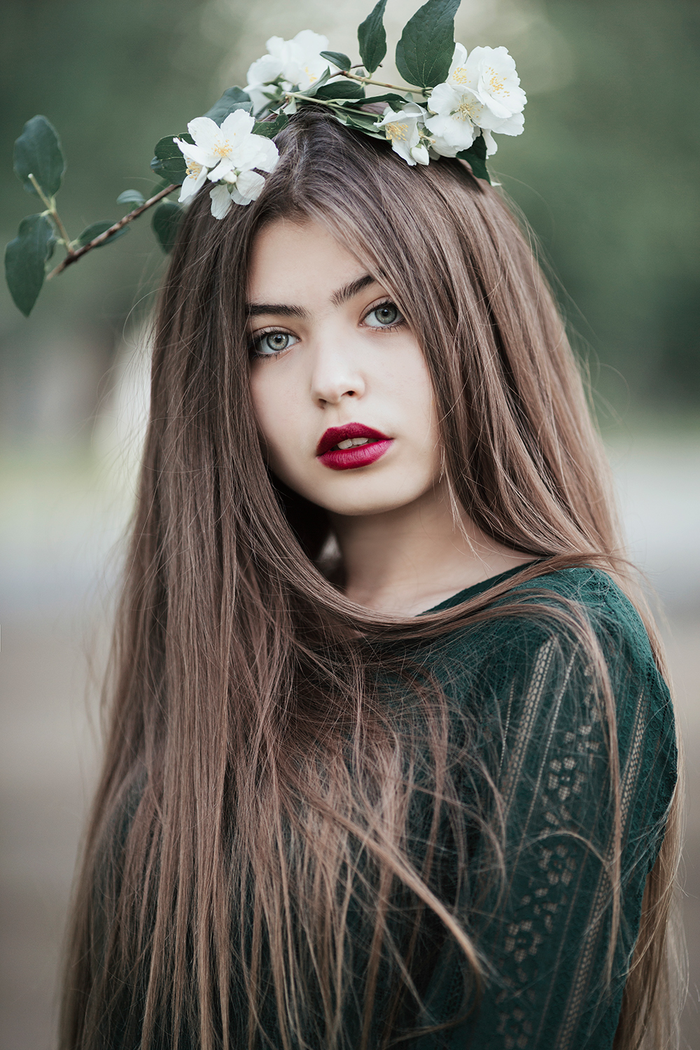
Repository: dongquan1504/ThiGiacMayTinh
Script's output: python threshold.py
These files come from the project's save history. The script's output is drawn as it stood at one moment and after the next save; the edit follows.
The pictures show rows 0 to 2240 of an output 1500 px tall, at 70% of full size.
Each picture stacks the figures in order, with grey between them; figures that are only written to a file come last. Random numbers start from a fixed seed. It also reads images.jpg.

Above is the script's output before, as saved 2023-12-28 16:30:12.

After the next save:
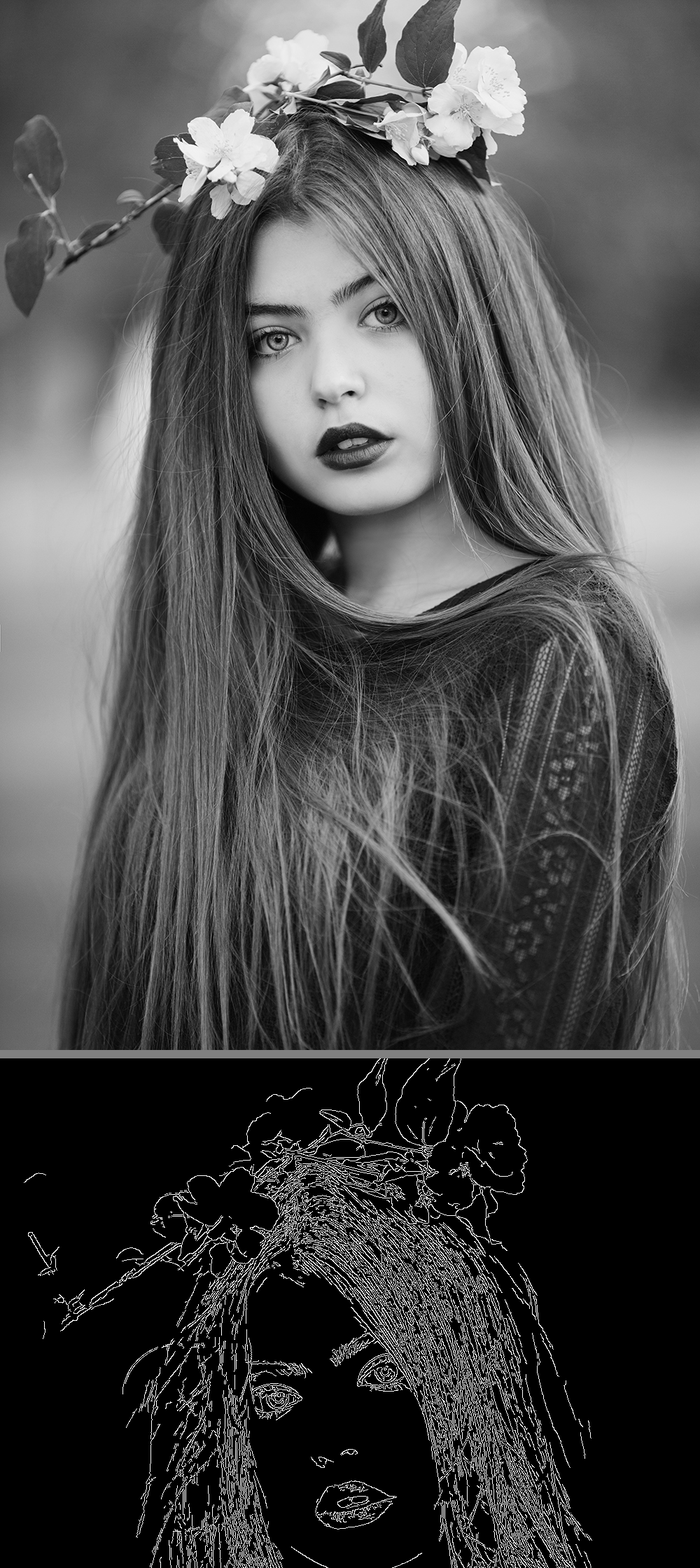
Saved 4 min 44 s later.
--- a/threshold.py
+++ b/threshold.py
@@ -1,29 +1,25 @@
 import cv2
 
-def filter_image_by_contrast(image_path, threshold):
+def filter_image_by_canny(image_path, threshold1, threshold2):
     # Đọc ảnh từ đường dẫn
-    img = cv2.imread(image_path)
+    img = cv2.imread(image_path, cv2.IMREAD_GRAYSCALE)
 
-    # Chuyển đổi ảnh sang ảnh thang độ xám
-    gray = cv2.cvtColor(img, cv2.COLOR_BGR2GRAY)
+    # Áp dụng phương pháp Canny để lọc ảnh
+    edges = cv2.Canny(img, threshold1, threshold2)
 
-    # Tính toán độ tương phản của ảnh
-    min_val, max_val, _, _ = cv2.minMaxLoc(gray)
-    contrast = (max_val - min_val) / max_val
-
-    # Nếu độ tương phản lớn hơn ngưỡng, hiển thị ảnh
-    if contrast > threshold:
-        cv2.imshow('Filtered Image', img)
-        cv2.waitKey(0)
-        cv2.destroyAllWindows()
-    else:
-        print("Độ tương phản của ảnh không đạt ngưỡng.")
+    # Hiển thị ảnh gốc và ảnh đã lọc
+    cv2.imshow('Original Image', img)
+    cv2.imshow('Canny Filtered Image', edges)
+    cv2.waitKey(0)
+    cv2.destroyAllWindows()
+    cv2.imwrite('new_canny_image.jpg', edges)
 
 # Đường dẫn đến ảnh cần lọc
 image_path = "images.jpg"
 
-# Ngưỡng độ tương phản
-threshold = 0.5
+# Ngưỡng dưới và ngưỡng trên cho phương pháp Canny
+threshold1 = 100
+threshold2 = 200
 
-# Lọc ảnh dựa trên độ tương phản
-filter_image_by_contrast(image_path, threshold)
+# Lọc ảnh bằng phương pháp Canny
+filter_image_by_canny(image_path, threshold1, threshold2)
